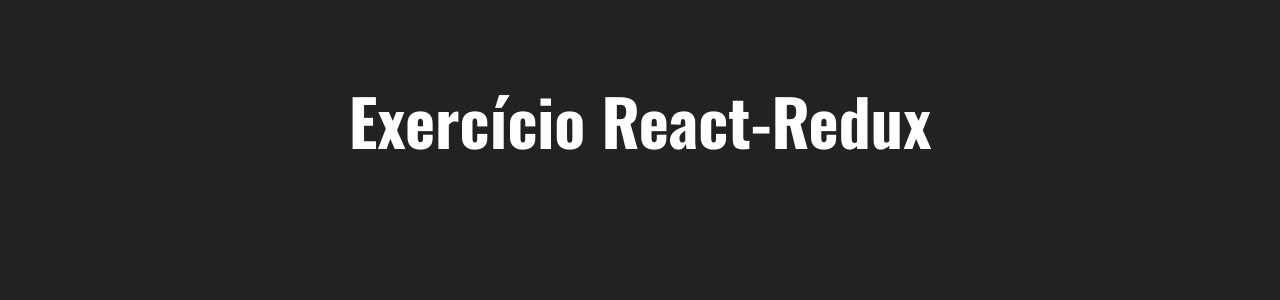
Repository: WellysonP/testando-react-redux
Page: /
An editor plug-in stored every save of this project. The page is shown before and after the next save, followed by the edit.
The browser window is 1280 px wide. The pictures show the whole page.
The project was rebuilt for these pictures with package versions that can differ from the ones it lists, and the page was loaded fresh each time. Also part of the build but not shown: src/components/Card.css.

Above is the page before, as saved 2023-01-12 16:14:28.

### public/index.html
<!DOCTYPE html>
<html lang="en">
  <head>
    <link rel="preconnect" href="https://fonts.googleapis.com">
<link rel="preconnect" href="https://fonts.gstatic.com" crossorigin>
<link href="https://fonts.googleapis.com/css2?family=Oswald:wght@200;300;400;500;600;700&display=swap" rel="stylesheet">
    <meta charset="utf-8" />
    <link rel="icon" href="%PUBLIC_URL%/favicon.ico" />
    <meta name="viewport" content="width=device-width, initial-scale=1" />
    <meta name="theme-color" content="#000000" />
    <meta
      name="description"
      content="Web site created using create-react-app"
    />
    <link rel="apple-touch-icon" href="%PUBLIC_URL%/logo192.png" />
    <!--
      manifest.json provides metadata used when your web app is installed on a
      user's mobile device or desktop. See https://developers.google.com/web/fundamentals/web-app-manifest/
    -->
    <link rel="manifest" href="%PUBLIC_URL%/manifest.json" />
    <!--
      Notice the use of %PUBLIC_URL% in the tags above.
      It will be replaced with the URL of the `public` folder during the build.
      Only files inside the `public` folder can be referenced from the HTML.

      Unlike "/favicon.ico" or "favicon.ico", "%PUBLIC_URL%/favicon.ico" will
      work correctly both with client-side routing and a non-root public URL.
      Learn how to configure a non-root public URL by running `npm run build`.
    -->
    <title>React App</title>
  </head>
  <body>
    <noscript>You need to enable JavaScript to run this app.</noscript>
    <div id="root"></div>
    <!--
      This HTML file is a template.
      If you open it directly in the browser, you will see an empty page.

      You can add webfonts, meta tags, or analytics to this file.
      The build step will place the bundled scripts into the <body> tag.

      To begin the development, run `npm start` or `yarn start`.
      To create a production bundle, use `npm run build` or `yarn build`.
    -->
  </body>
</html>

### src/index.css
body{
  background-color: #222;
  font-size: 2rem;
  font-family: Oswald;
  color: #fff;
  margin: 30px;
}

### src/App.js
import logo from './logo.svg';
import './App.css';
import Card from './components/Card';

function App() {
  return (
    <div className="App">
      <Card/>
    </div>
  );
}

export default App;

### src/App.css
.App{
  display: flex;
  flex-direction: column;
  text-align: center;
}

### src/components/Card.jsx
import "./Card.css"

export default props => {
    return (
        <h1>Exercício React-Redux</h1>
    )
}

Loaded but not shown: src/index.js (common file); src/reportWebVitals.js (common file)

After the next save:
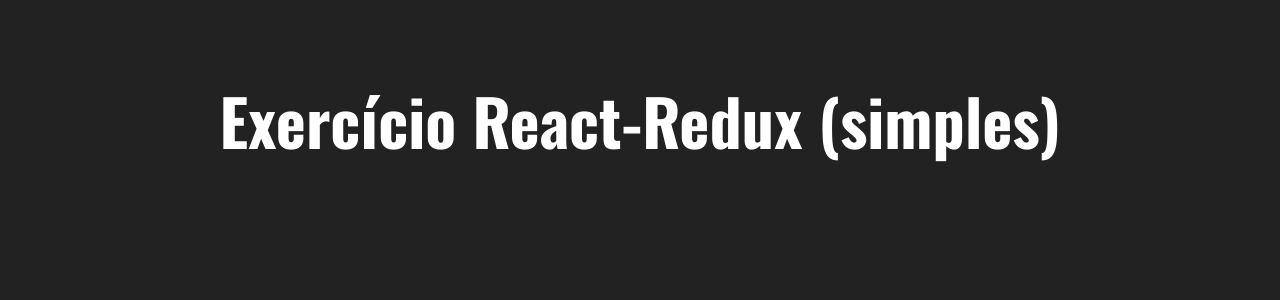
Saved 9 s later.
--- a/src/components/Card.jsx
+++ b/src/components/Card.jsx
@@ -2,6 +2,6 @@ import "./Card.css"
 
 export default props => {
     return (
-        <h1>Exercício React-Redux</h1>
+        <h1>Exercício React-Redux (simples)</h1>
     )
 }
